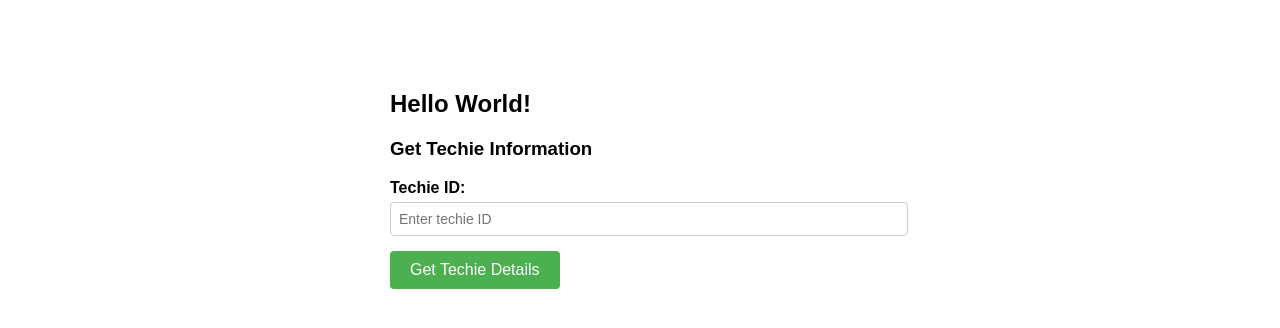
Repository: Devanshujatav/Servlet-JSP
Page: http://localhost/Proj-01-Servlet_JSP_Demo/
These files come from the project's save history. The page is drawn as it stood at one moment and after the next save; the edit follows.
The browser window is 1280 px wide. The pictures show the whole page.
The page is served by Tomcat 10.

Above is the page before, as saved 2025-08-16 07:58:03.

After the next save:
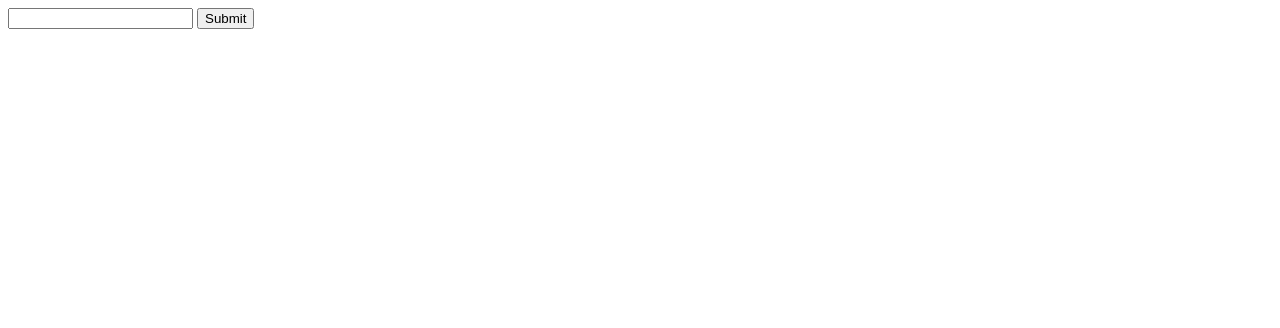
Saved 5 min 20 s later.
--- a/Proj-01-Servlet_JSP_Demo/src/main/webapp/index.jsp
+++ b/Proj-01-Servlet_JSP_Demo/src/main/webapp/index.jsp
@@ -1,80 +1,16 @@
+<%@ page language="java" contentType="text/html; charset=UTF-8"
+    pageEncoding="UTF-8"%>
+
 <!DOCTYPE html>
 <html>
 <head>
-    <meta charset="UTF-8">
-    <title>Get Techie Information</title>
-    <style>
-        body {
-            font-family: Arial, sans-serif;
-            max-width: 500px;
-            margin: 50px auto;
-            padding: 20px;
-        }
-        .form-group {
-            margin-bottom: 15px;
-        }
-        label {
-            display: block;
-            margin-bottom: 5px;
-            font-weight: bold;
-        }
-        input[type="text"] {
-            width: 100%;
-            padding: 8px;
-            border: 1px solid #ccc;
-            border-radius: 4px;
-            font-size: 14px;
-        }
-        input[type="submit"] {
-            background-color: #4CAF50;
-            color: white;
-            padding: 10px 20px;
-            border: none;
-            border-radius: 4px;
-            cursor: pointer;
-            font-size: 16px;
-        }
-        input[type="submit"]:hover {
-            background-color: #45a049;
-        }
-        .error {
-            color: red;
-            font-weight: bold;
-        }
-    </style>
+<meta charset="UTF-8">
+<title>Login Here</title>
 </head>
 <body>
-    <h2>Hello World!</h2>
-    <h3>Get Techie Information</h3>
-
-    <form action="getTechies" method="get">
-        <div class="form-group">
-            <label for="aid">Techie ID:</label>
-            <input type="text" id="aid" name="aid" placeholder="Enter techie ID" required>
-        </div>
-        <div class="form-group">
-            <input type="submit" value="Get Techie Details">
-        </div>
-    </form>
-
-    <script>
-        // Optional: Add client-side validation
-        document.querySelector('form').addEventListener('submit', function(e) {
-            const aidInput = document.getElementById('aid');
-            const aidValue = aidInput.value.trim();
-
-            if (!aidValue) {
-                alert('Please enter a Techie ID');
-                e.preventDefault();
-                return;
-            }
-
-            if (!/^\d+$/.test(aidValue)) {
-                alert('Please enter a valid numeric ID');
-                e.preventDefault();
-                return;
-            }
-        });
-    </script>
+	<form action="getTechie">
+		<input type="text" name="aid">
+		<input type="submit">
+	</form>
 </body>
 </html>

After the save that followed:
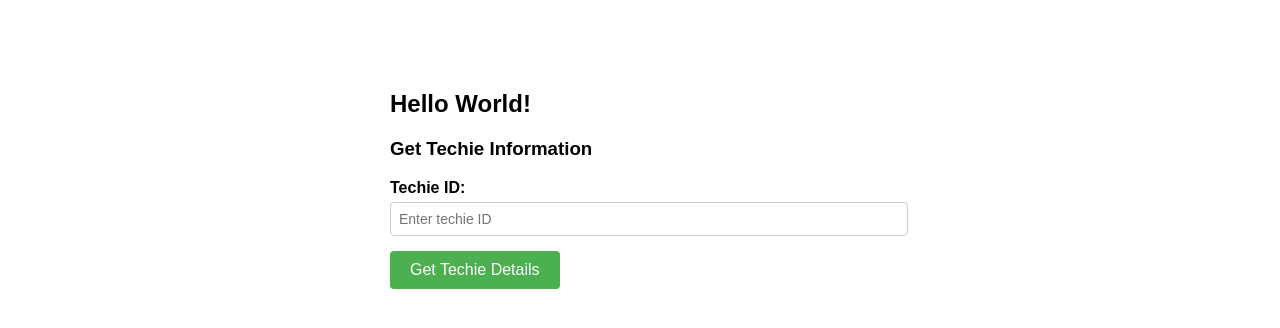
Saved 5 min 19 s later.
--- a/Proj-01-Servlet_JSP_Demo/src/main/webapp/index.jsp
+++ b/Proj-01-Servlet_JSP_Demo/src/main/webapp/index.jsp
@@ -1,16 +1,80 @@
-<%@ page language="java" contentType="text/html; charset=UTF-8"
-    pageEncoding="UTF-8"%>
-
 <!DOCTYPE html>
 <html>
 <head>
-<meta charset="UTF-8">
-<title>Login Here</title>
+    <meta charset="UTF-8">
+    <title>Get Techie Information</title>
+    <style>
+        body {
+            font-family: Arial, sans-serif;
+            max-width: 500px;
+            margin: 50px auto;
+            padding: 20px;
+        }
+        .form-group {
+            margin-bottom: 15px;
+        }
+        label {
+            display: block;
+            margin-bottom: 5px;
+            font-weight: bold;
+        }
+        input[type="text"] {
+            width: 100%;
+            padding: 8px;
+            border: 1px solid #ccc;
+            border-radius: 4px;
+            font-size: 14px;
+        }
+        input[type="submit"] {
+            background-color: #4CAF50;
+            color: white;
+            padding: 10px 20px;
+            border: none;
+            border-radius: 4px;
+            cursor: pointer;
+            font-size: 16px;
+        }
+        input[type="submit"]:hover {
+            background-color: #45a049;
+        }
+        .error {
+            color: red;
+            font-weight: bold;
+        }
+    </style>
 </head>
 <body>
-	<form action="getTechie">
-		<input type="text" name="aid">
-		<input type="submit">
-	</form>
+    <h2>Hello World!</h2>
+    <h3>Get Techie Information</h3>
+
+    <form action="getTechies" method="get">
+        <div class="form-group">
+            <label for="aid">Techie ID:</label>
+            <input type="text" id="aid" name="aid" placeholder="Enter techie ID" required>
+        </div>
+        <div class="form-group">
+            <input type="submit" value="Get Techie Details">
+        </div>
+    </form>
+
+    <script>
+        // Optional: Add client-side validation
+        document.querySelector('form').addEventListener('submit', function(e) {
+            const aidInput = document.getElementById('aid');
+            const aidValue = aidInput.value.trim();
+
+            if (!aidValue) {
+                alert('Please enter a Techie ID');
+                e.preventDefault();
+                return;
+            }
+
+            if (!/^\d+$/.test(aidValue)) {
+                alert('Please enter a valid numeric ID');
+                e.preventDefault();
+                return;
+            }
+        });
+    </script>
 </body>
 </html>
